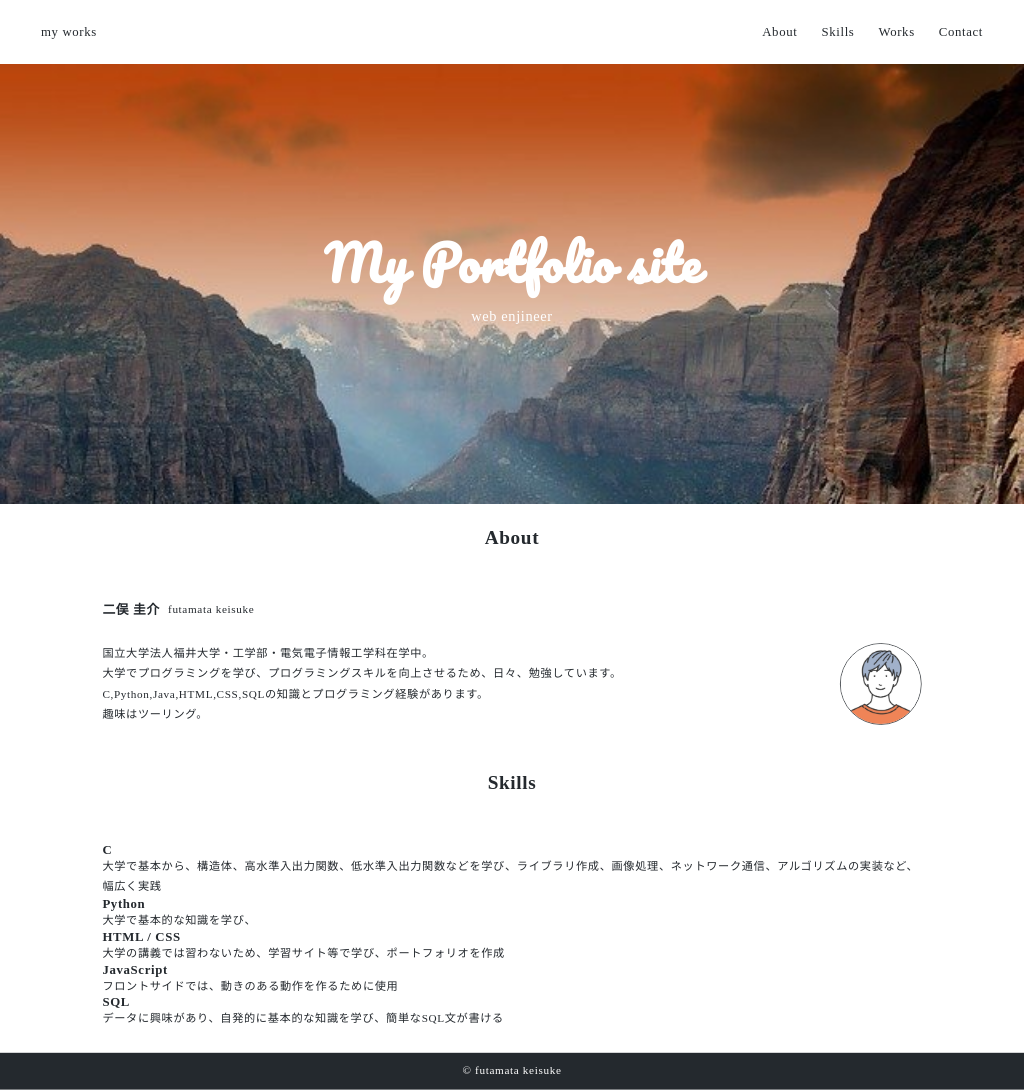
Repository: F-ksk/portfolio
Page: index.html
An editor plug-in stored every save of this project. The page is shown before and after the next save, followed by the edit.
The browser window is 1280 px wide. The pictures show the whole page, at 80% of full size.

Above is the page before, as saved 2023-06-29 11:56:41.

### index.html
<!DOCTYPE html>
<html>
    <head>
        <meta charset="UTF-8" />
        <meta http-equiv="X-UA-Compatible" content="IE=edge" />
        <meta name="viewport" content="width=device-width, initial-scale=1.0" />
        <meta name="robots" content="noindex" />
        <title>My Portfolio</title>
        <link rel="stylesheet" href="css/reset.css" />
        <link rel="stylesheet" href="css/style.css" />
    </head>
    <body>

        <header>
            <a href="index.html">my works</a>
            <nav>
                <ul>
                    <li>About</li>
                    <li>Skills</li>
                    <li>Works</li>
                    <li>Contact</li>
                </ul>
            </nav>
        </header>

        <div class="main-visual">
            <div>
                <h1>My Portfolio site</h1>
                <p>web enjineer</p>
            </div>
        </div>

        <section id="about">
            <h2>About</h2>
            <div id="about-name">
                <h3>二俣 圭介</h3>
                <p>futamata keisuke</p>
            </div>
            <div id="about-detail">
                <p>
                    国立大学法人福井大学・工学部・電気電子情報工学科在学中。<br>
                    大学でプログラミングを学び、プログラミングスキルを向上させるため、日々、勉強しています。
                    C,Python,Java,HTML,CSS,SQLの知識とプログラミング経験があります。<br>
                    趣味はツーリング。
                </p>
                <img src="./img/man.jpg">
            </div>
        </section>
        <section>
            <h2>Skills</h2>
            <div class="skill-list">
                <div class="skill-item">
                    <h3>C</h3>
                    <p>大学で基本から、構造体、高水準入出力関数、低水準入出力関数などを学び、ライブラリ作成、画像処理、ネットワーク通信、アルゴリズムの実装など、幅広く実践</p>
                </div>
                <div class="skill-item">
                    <h3>Python</h3>
                    <p>大学で基本的な知識を学び、</p>
                </div>
                <div class="skill-item">
                    <h3>HTML / CSS</h3>
                    <p>大学の講義では習わないため、学習サイト等で学び、ポートフォリオを作成</p>
                </div>
                <div class="skill-item">
                    <h3>JavaScript</h3>
                    <p>フロントサイドでは、動きのある動作を作るために使用</p>
                </div>
                <div class="skill-item">
                    <h3>SQL</h3>
                    <p>データに興味があり、自発的に基本的な知識を学び、簡単なSQL文が書ける</p>
                </div>
            </div>
        </section>
        <footer>
            <p>&copy; futamata keisuke</p>
        </footer>
    </body>
</html>

### css/style.css
@charset "UTF-8";
@import url('https://fonts.googleapis.com/css2?family=Roboto:wght@100;300;400;500;700;900&display=swap');
@import url('https://fonts.googleapis.com/css2?family=Noto+Sans+JP:wght@300;400;500;700;900&display=swap');
@import url('https://fonts.googleapis.com/css2?family=Pacifico&display=swap');

html {
  font-size: 100%;
}

body {
    color: #24292e;
    letter-spacing: 0.05em;
}

a,a:visited {
    color: #24292e;
    text-decoration: none;
}

img {
    max-width: 100%;
}

li {
    list-style: none;
}

p {
    line-height: 1.8;
    font-size: 14px;
}

h1 {
    font-size: 60px;
    font-family: 'Pacifico';
}

h2 {
    font-size: 1.5rem;
    text-align: center;
    margin-bottom: 65px;
}

h3 {
    font-size: 16px;
}

header {
    max-width: 100%;
    background-color: #fff;
    display: flex;
    justify-content: space-between;
    height: 80px;
    padding: 0 4%;
    align-items: center;
    position: sticky;
    top: 0;
}

header ul {
    display: flex;
}

header li {
    margin-left: 30px;
}

.main-visual {
    width: 100%;
    height: 550px;
    background-image: url(../img/mountain.jpg);
    background-size: cover;
    color: #FFF;
    text-align: center;
    display: flex;
    justify-content: center;
    align-items: center;
}

.main-visual p {
    margin-top: 20px;
    font-size: 18px;
}

#about-name{
    display: flex;
    justify-content: flex-start;
    align-items: center;
}

#about h3 {
    margin-right: 10px;
}

#about p {
    width: 80%;
}

#about-detail {
    margin-top: 30px;
    display: flex;
    justify-content: space-between;
}

#about img {
    width: 100px;
    height: 100px;
    border-radius: 50%;
    object-fit: cover;
    border-style: solid;
    border-width: 1px;
}

section {
    padding: 30px 10%;
}

footer {
    background-color: #24292e;
    color: #fff;
    font-size:  0.5rem;
    padding: 10px 20px;
    text-align: center;
}

Loaded but not shown: css/reset.css (common file)

After the next save:
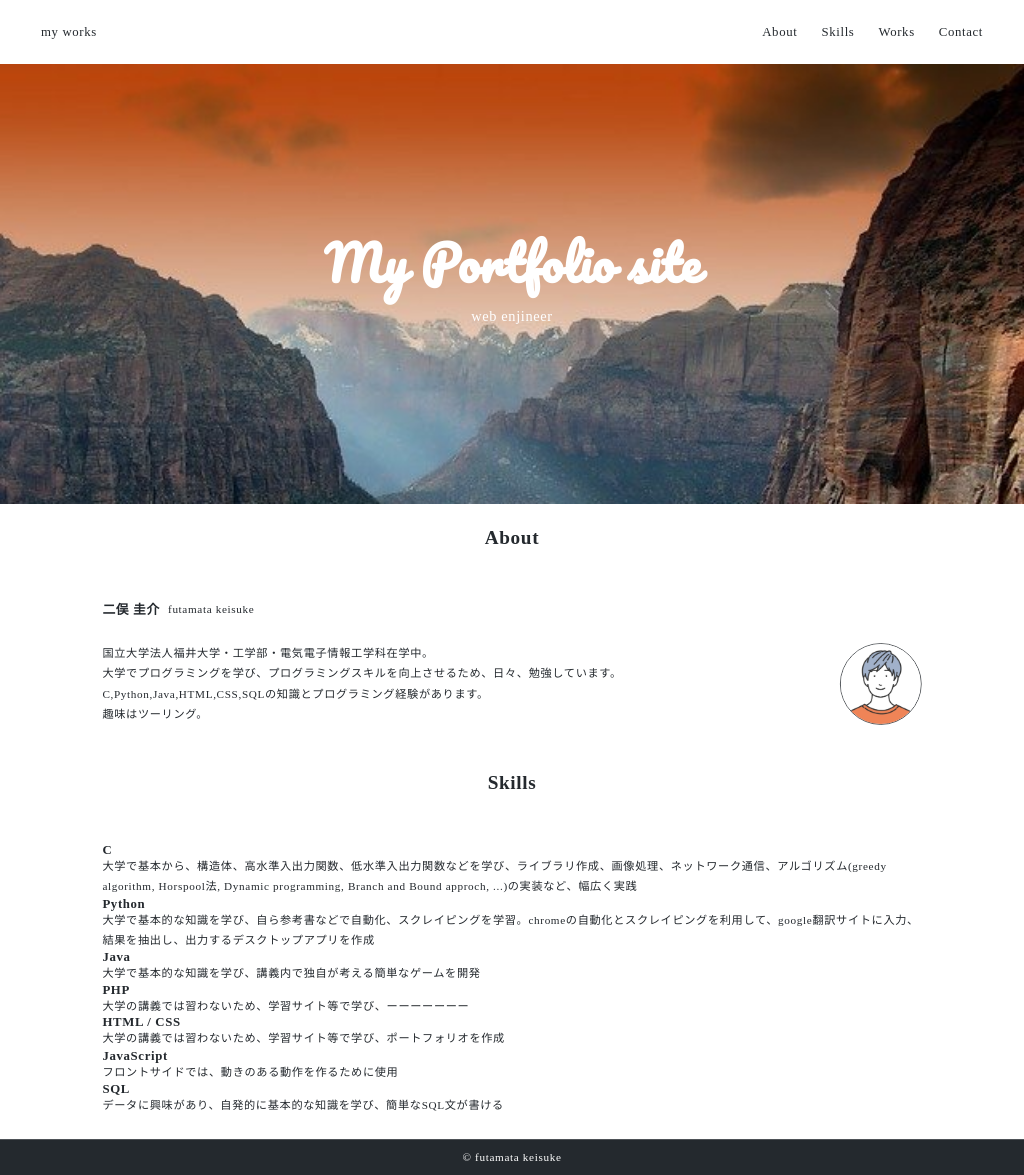
Saved 24 min 55 s later.
--- a/index.html
+++ b/index.html
@@ -51,11 +51,19 @@
             <div class="skill-list">
                 <div class="skill-item">
                     <h3>C</h3>
-                    <p>大学で基本から、構造体、高水準入出力関数、低水準入出力関数などを学び、ライブラリ作成、画像処理、ネットワーク通信、アルゴリズムの実装など、幅広く実践</p>
+                    <p>大学で基本から、構造体、高水準入出力関数、低水準入出力関数などを学び、ライブラリ作成、画像処理、ネットワーク通信、アルゴリズム(greedy algorithm, Horspool法, Dynamic programming, Branch and Bound approch, ...)の実装など、幅広く実践</p>
                 </div>
                 <div class="skill-item">
                     <h3>Python</h3>
-                    <p>大学で基本的な知識を学び、</p>
+                    <p>大学で基本的な知識を学び、自ら参考書などで自動化、スクレイピングを学習。chromeの自動化とスクレイピングを利用して、google翻訳サイトに入力、結果を抽出し、出力するデスクトップアプリを作成</p>
+                </div>
+                <div class="skill-item">
+                    <h3>Java</h3>
+                    <p>大学で基本的な知識を学び、講義内で独自が考える簡単なゲームを開発</p>
+                </div>
+                <div class="skill-item">
+                    <h3>PHP</h3>
+                    <p>大学の講義では習わないため、学習サイト等で学び、ーーーーーーー</p>
                 </div>
                 <div class="skill-item">
                     <h3>HTML / CSS</h3>
